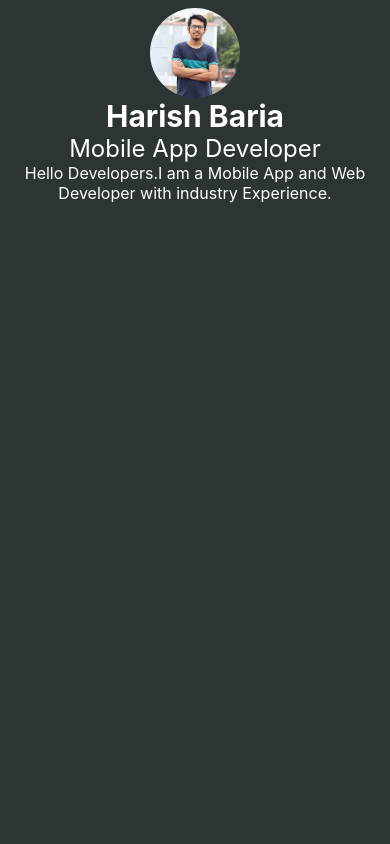
Repository: harishbariya/React-Native-ui-desiign
Screen: /
These files come from the project's save history. The screen is drawn as it stood at one moment and after the next save; the edit follows.
The app was drawn by React Native's web renderer in a window 390 px wide. The project was rebuilt for these pictures with package versions that can differ from the ones it lists, and the page was loaded fresh each time.

Above is the screen before, as saved 2021-11-17 14:20:45.

After the next save:
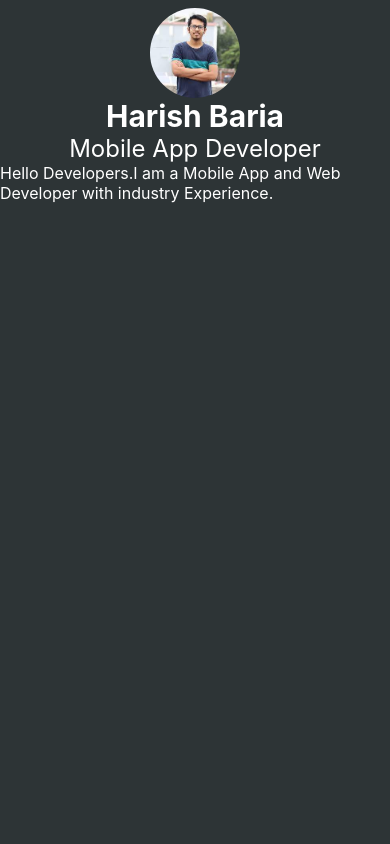
Saved 6 s later.
--- a/App.js
+++ b/App.js
@@ -12,7 +12,7 @@ class App extends Component
       ,width:90,height:90}}/>
         <Text style={[styles.textstyles,{color:"#fff",fontSize:30,fontWeight:"bold"}]}>Harish Baria</Text>
         <Text style={[styles.textstyles,{fontSize:24}]}>Mobile App Developer</Text>
-      <Text style={{color:"#fff",fontSize:16,textAlign:"center"}}>Hello Developers.I am a Mobile App and Web Developer with industry Experience.</Text>
+      <Text style={{color:"#fff",fontSize:16,textAlign:"auto"}}>Hello Developers.I am a Mobile App and Web Developer with industry Experience.</Text>
       </View>
     );
   }
